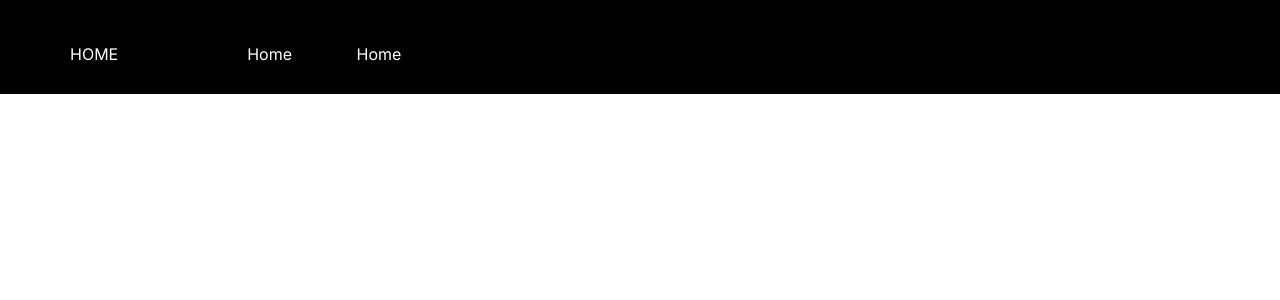
Repository: sius012/DiWorkbench
Page: index.html
The author's editor kept a copy of each file at every save. The page is drawn from the files as they stood at one save, then again after a run of saves.
The browser window is 1280 px wide. The pictures show the whole page.

Above is the page before, as saved 2023-04-06 20:14:00.

After the next 2 saves:
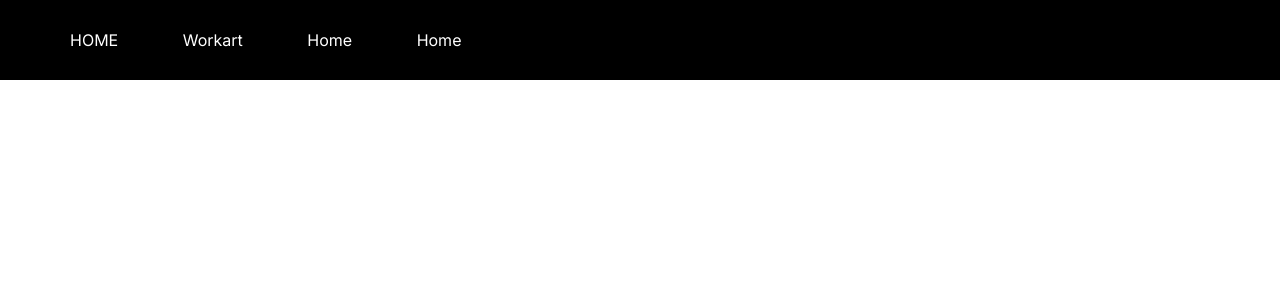
The 2 saves are shown as one change because they came seconds apart.
The last was saved 5 s later.
--- a/index.html
+++ b/index.html
@@ -35,7 +35,7 @@
   <nav>
     <ul class="nav-cont">
       <li><a href="">HOME</a></li>
-      <li><a href=""></a></li>
+      <li><a href="">Workart</a></li>
       <li><a href="">Home</a></li>
       <li><a href="">Home</a></li>
     </ul>
